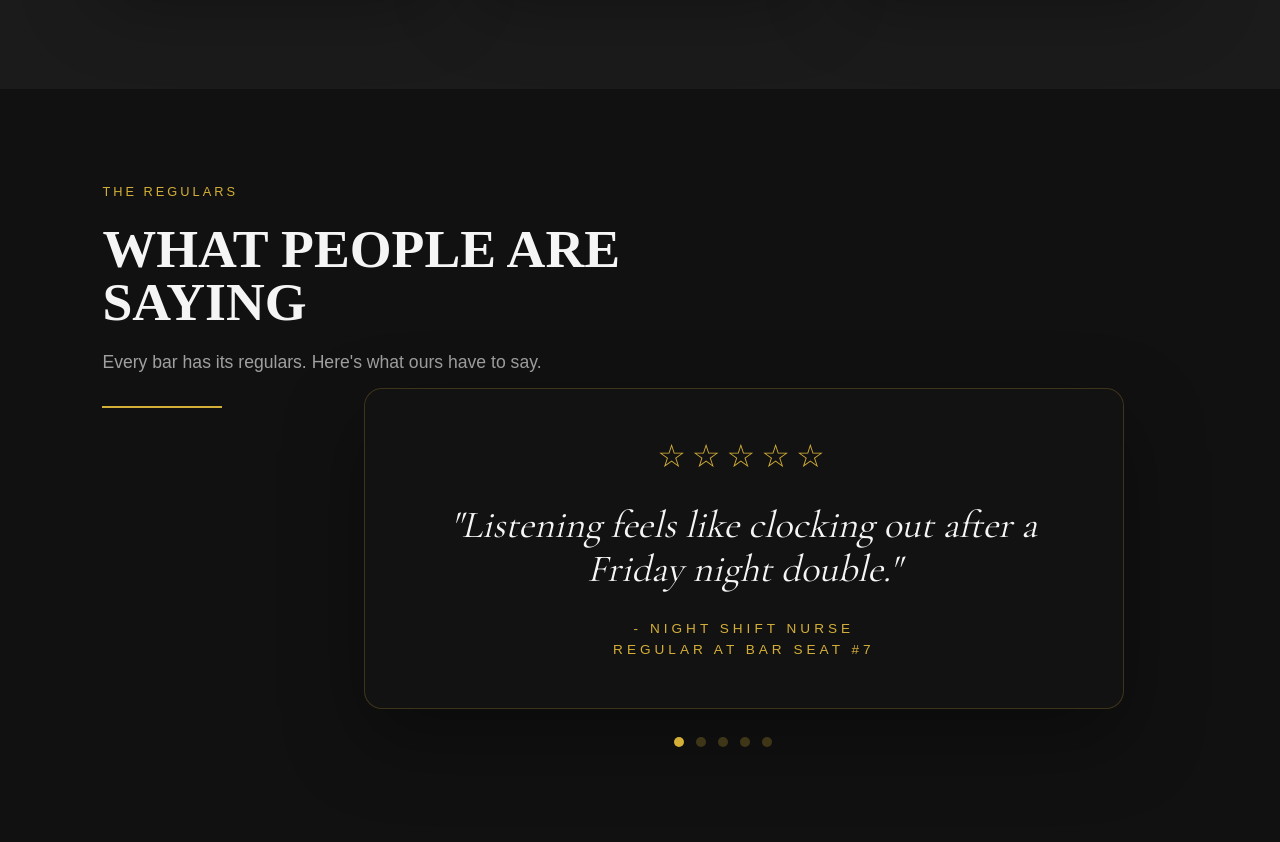
Repository: Gage-Codes/BarRot
Page: css/index.html
An editor plug-in stored every save of this project. The page is shown before and after the next save, followed by the edit.
The browser window is 1280 px wide. The pictures show the part of the page from y = 4414 to 5366 px (the page is 5256 px tall before and 5366 px after).

Above is the page before, as saved 2026-07-05 15:48:43.

After the next save:
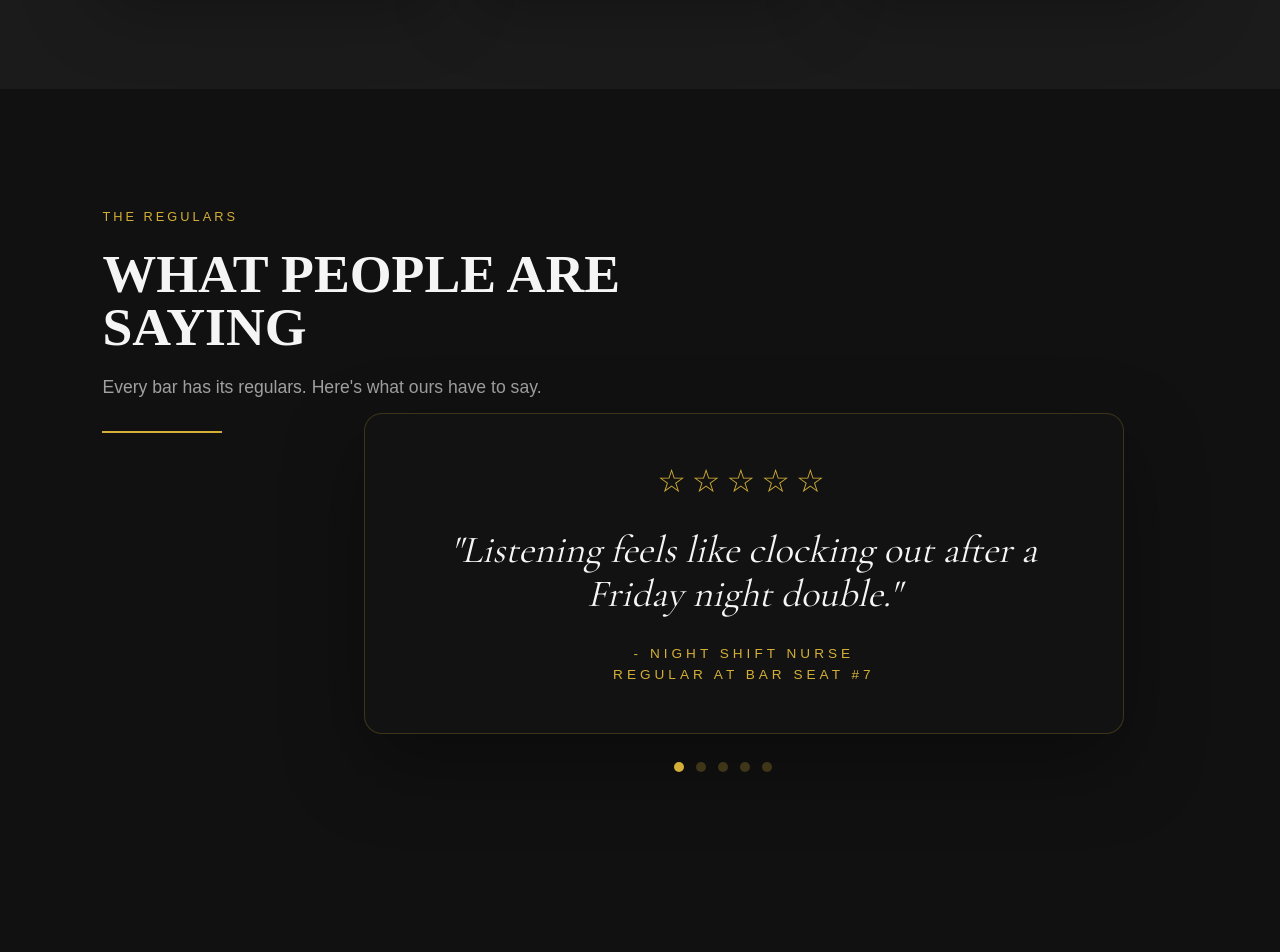
Saved 2 min 40 s later.
--- a/css/style.css
+++ b/css/style.css
@@ -513,7 +513,7 @@
 /* Review Style Scection */
 
 #reviews {
-    padding: 95px 8%;
+    padding: 120px 8% 180px;
     background: var(--background-color);
 }
 #reviews .section-label {
